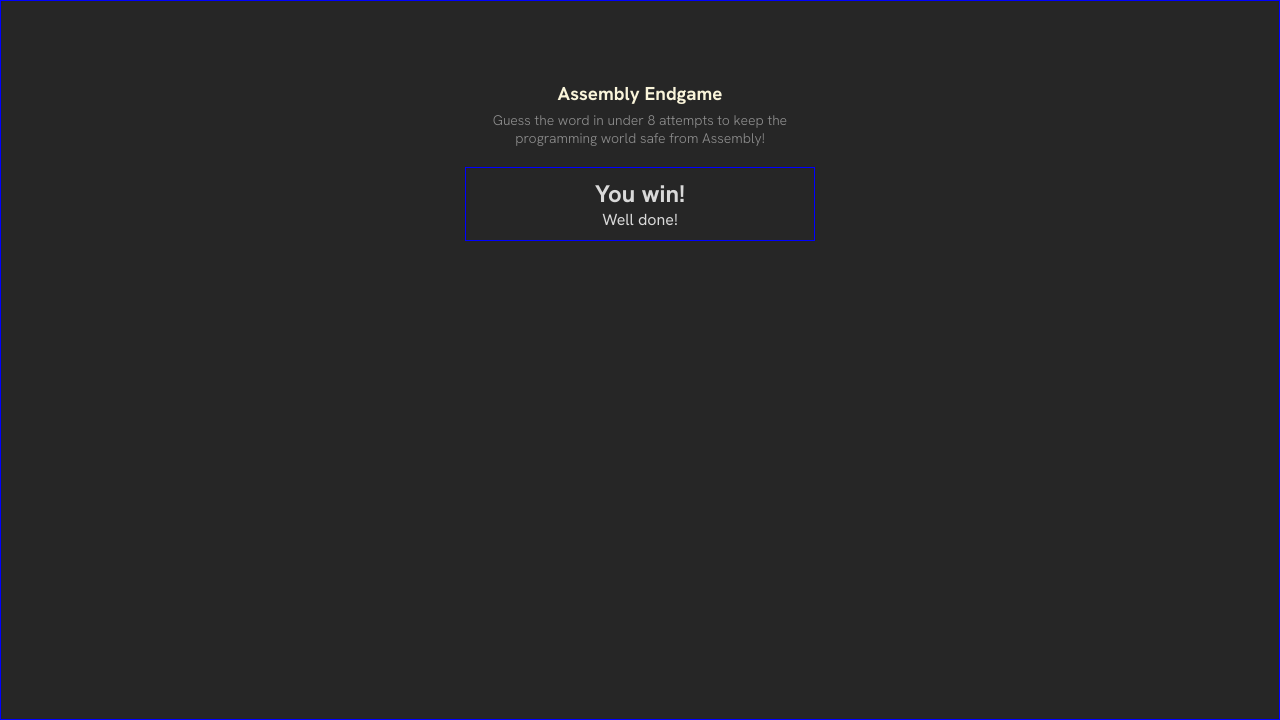
Repository: AchrafAzzaoui/AssemblyEndgame
Page: / (app in assembly-endgame/)
An editor plug-in stored every save of this project. The page is shown before and after the next save, followed by the edit.
The browser window is 1280 px wide. The pictures show the whole page.
The project was rebuilt for these pictures with package versions that can differ from the ones it lists, and the page was loaded fresh each time. Also part of the build but not shown: assembly-endgame/vite.config.js.

Above is the page before, as saved 2024-12-24 21:50:19.

### assembly-endgame/index.html
<!DOCTYPE html>
<html lang="en">
  <head>
    <meta charset="UTF-8" />
    <link rel="icon" type="image/svg+xml" href="/vite.svg" />
    <meta name="viewport" content="width=device-width, initial-scale=1.0" />
    <link
      href="https://fonts.googleapis.com/css2?family=Hanken+Grotesk:wght@300;400;500;600;700&display=swap"
      rel="stylesheet"
    />
    <title>Assembly Endgame</title>
  </head>
  <body>
    <div id="root"></div>
    <script type="module" src="/src/main.jsx"></script>
  </body>
</html>

### assembly-endgame/src/index.css
* {
  margin: 0;
  padding: 0;
  box-sizing: border-box;
}
body {
  font-family: "Hanken Grotesk", sans-serif;
  background-color: #262626;
  color: #d9d9d9;
  padding: 80px 40px;
  height: 100vh;
  display: flex;
  justify-content: center;
  border: 1px solid blue;
}

header {
  text-align: center;
}

.game-title {
  color: #f9f4da;
}
.game-description {
  margin-top: 5px;
  font-weight: 300;
  color: #8e8e8e;
  font-size: 0.875rem;
  max-width: 350px;
}

/* status */
.status {
  border: 1px solid blue;
  text-align: center;
  padding: 10px 80px;
  margin: 20px 0;
}

### assembly-endgame/src/App.jsx
import { useState } from "react";
import Status from "./components/Status.jsx";

export default function App() {
  return (
    <main>
      <header>
        <h3 className="game-title">Assembly Endgame</h3>
        <p className="game-description">
          Guess the word in under 8 attempts to keep the programming world safe
          from Assembly!
        </p>
      </header>
      <Status />
    </main>
  );
}

### assembly-endgame/src/components/Status.jsx
import { useState } from "react";

export default function Status() {
  return (
    <div className="status">
      <h2>You win!</h2>
      <p>Well done!</p>
    </div>
  );
}

Loaded but not shown: assembly-endgame/src/main.jsx (common file)

After the next save:
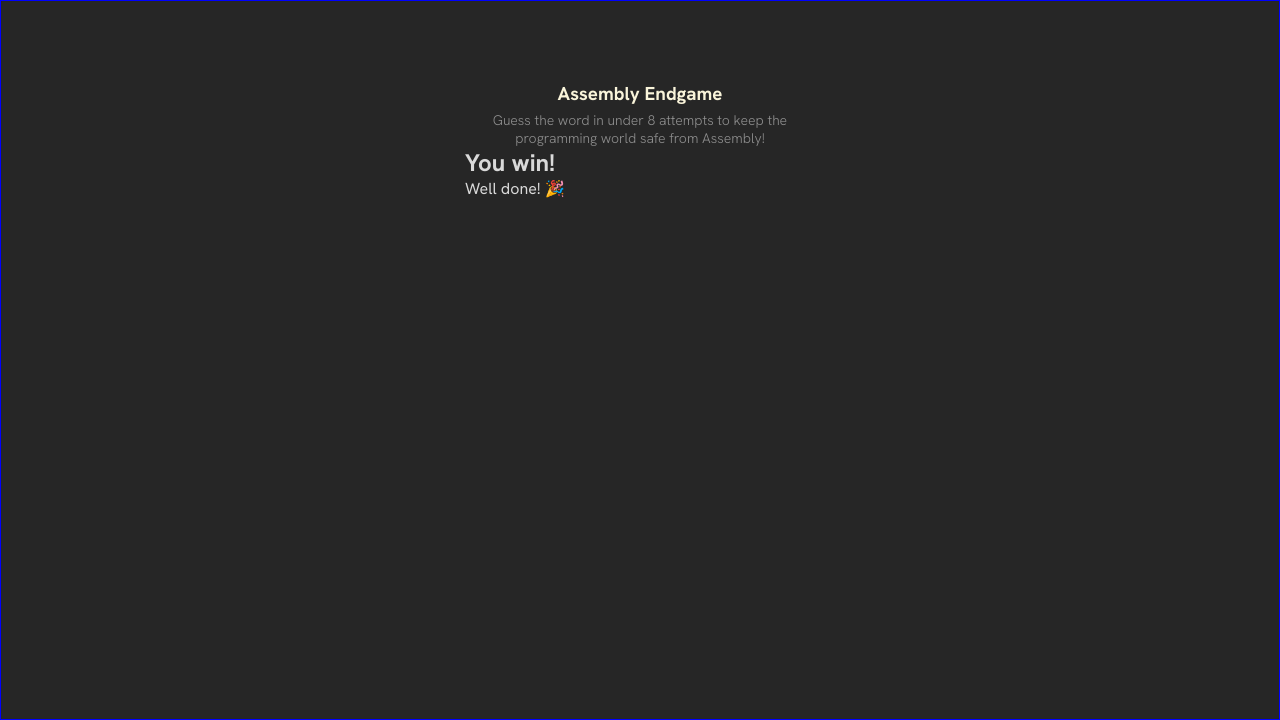
Saved 90 s later.
--- a/assembly-endgame/src/components/Status.jsx
+++ b/assembly-endgame/src/components/Status.jsx
@@ -2,9 +2,9 @@
 
 export default function Status() {
   return (
-    <div className="status">
+    <div className="game-status">
       <h2>You win!</h2>
-      <p>Well done!</p>
+      <p>Well done! 🎉</p>
     </div>
   );
 }
